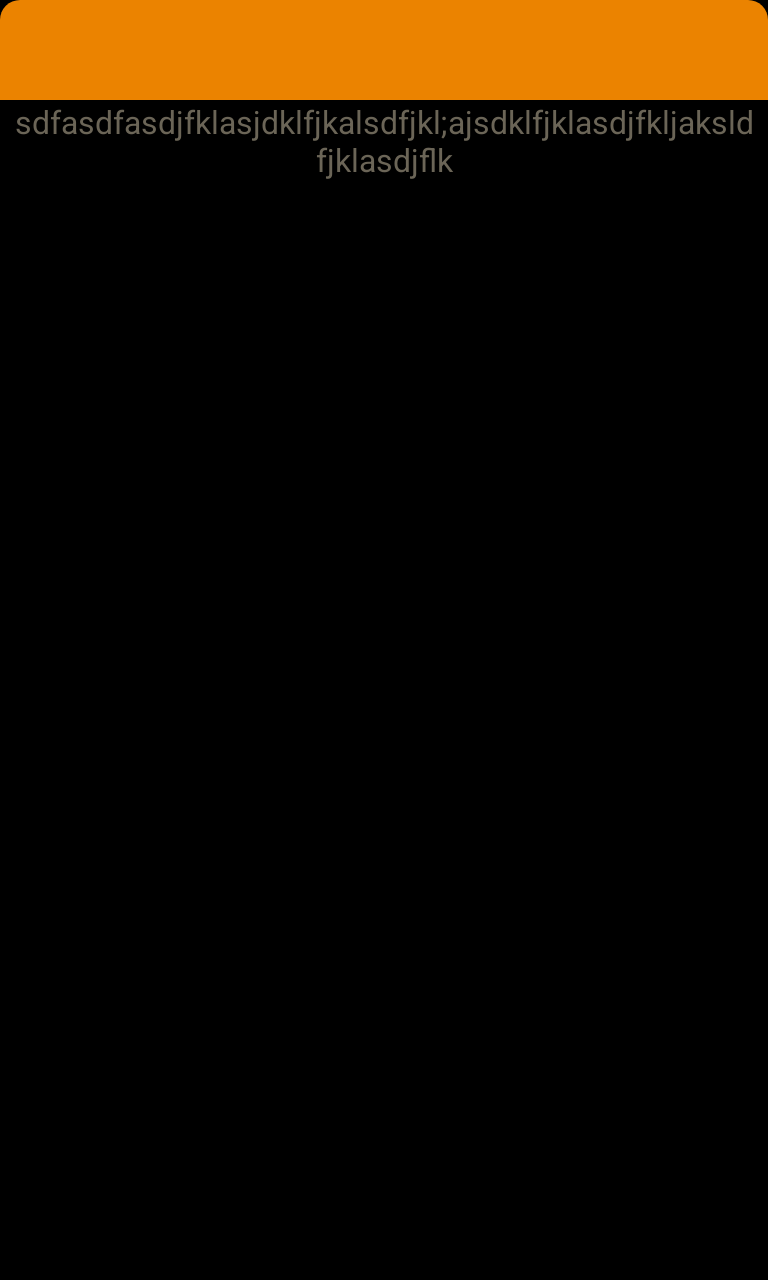
Repository: appleseedez/rongmeme-android
Layout: rmm/res/layout/new_msg_dialog.xml
The author's editor kept a copy of each file at every save. The layout is drawn from the files as they stood at one save, then again after the next save.
It is drawn on a 768 x 1280 px phone screen (xhdpi) without system bars, with theme AppTheme; the app's code is not run.

Above is the layout before, as saved 2014-06-25 13:09:38.

### rmm/res/layout/new_msg_dialog.xml
<?xml version="1.0" encoding="utf-8"?>
<LinearLayout xmlns:android="http://schemas.android.com/apk/res/android"
    android:layout_width="280dp"
    android:layout_height="wrap_content"
    android:layout_gravity="center"
    android:background="@null"
    android:orientation="vertical" >

    <!-- 主体界面头部 -->

    <RelativeLayout
        android:id="@+id/nmd_top_navigation_bar"
        android:layout_width="fill_parent"
        android:layout_height="50dp"
        android:background="@drawable/shape_top_corner_no_bottom_line"
        android:gravity="center_vertical" >

        <TextView
            android:id="@+id/nmd_tv_title"
            android:layout_width="wrap_content"
            android:layout_height="wrap_content"
            android:layout_centerInParent="true"
            android:layout_marginLeft="5dp"
            android:layout_marginRight="5dp"
            android:gravity="center"
            android:singleLine="false"
            android:textColor="@color/white"
            android:textSize="18sp" />
    </RelativeLayout>

    <!-- 内容区 -->

    <TextView
        android:id="@+id/nmd_msg_content_textview"
        android:layout_width="wrap_content"
        android:layout_height="wrap_content"
        android:layout_marginLeft="5dp"
        android:layout_marginRight="5dp"
        android:gravity="center"
        android:singleLine="false"
        android:text="sdfasdfasdjfklasjdklfjkalsdfjkl;ajsdklfjklasdjfkljaksldfjklasdjflk"
        android:textColor="@color/R144G140B131"
        android:textSize="16sp" />

</LinearLayout>

### rmm/res/values/styles.xml
<resources xmlns:android="http://schemas.android.com/apk/res/android">

    <!-- Application theme. -->
    <style name="AppTheme" parent="@android:style/Theme.Black.NoTitleBar">
        <!-- All customizations that are NOT specific to a particular API-level can go here. -->
    </style>

    <style name="CustomCheckboxTheme" parent="@android:style/Widget.CompoundButton.CheckBox">
        <item name="android:button">@drawable/checkbox_style</item>
    </style>

    <style name="title">
        <item name="android:layout_height">wrap_content</item>
        <item name="android:layout_width">wrap_content</item>
        <item name="android:background">@null</item>
        <item name="android:gravity">center</item>
        <item name="android:textColor">@android:color/white</item>
        <item name="android:textSize">18sp</item>
    </style>

    <style name="button" parent="@style/title">
        <item name="android:background">@drawable/btn_button</item>
    </style>

    <style name="title.small" parent="@style/title">
        <item name="android:textSize">16sp</item>
    </style>

    <style name="itembg">
        <item name="android:background">#44aaaaaa</item>
        <item name="android:minHeight">60dip</item>
        <item name="android:paddingBottom">14dip</item>
        <item name="android:paddingLeft">20dip</item>
        <item name="android:paddingRight">20dip</item>
        <item name="android:paddingTop">14dip</item>
    </style>

    <style name="edit">
        <item name="android:layout_height">wrap_content</item>
        <item name="android:layout_width">wrap_content</item>
        <item name="android:textColorHint">@android:color/white</item>
        <item name="android:background">@drawable/edit</item>
        <item name="android:textColor">#797979</item>
        <item name="android:paddingLeft">10dip</item>
    </style>

    <style name="ratingbar" parent="@android:style/Widget.RatingBar">
        <item name="android:progressDrawable">@drawable/ratingbar</item>
        <item name="android:indeterminateDrawable">@drawable/ratingbar</item>
        <item name="android:minHeight">22dip</item>
        <item name="android:maxHeight">22dip</item>
    </style>

    <style name="share">
        <item name="android:layout_height">wrap_content</item>
        <item name="android:layout_width">wrap_content</item>
        <item name="android:minHeight">120dip</item>
        <item name="android:scaleType">centerInside</item>
        <item name="android:background">#44aaaaaa</item>
    </style>

    <style name="dialog" parent="@android:style/Theme.Dialog">
        <item name="android:windowIsTranslucent">false</item>
        <item name="android:windowNoTitle">true</item>
        <item name="android:windowFrame">@null</item>
        <item name="android:windowBackground">@android:color/transparent</item>
        <item name="android:windowIsFloating">true</item>
        <item name="android:windowContentOverlay">@null</item>
        <item name="android:windowTitleStyle">@null</item>
        <item name="android:windowAnimationStyle">@android:style/Animation.Dialog</item>
        <item name="android:windowSoftInputMode">stateUnspecified|adjustPan</item>
        <item name="android:backgroundDimEnabled">false</item>
        <item name="android:background">@android:color/transparent</item>
    </style>

    <style name="order_server_empty">
        <item name="android:layout_height">wrap_content</item>
        <item name="android:layout_width">0dp</item>
        <item name="android:drawableTop">@drawable/icon_order_server_empty</item>
        <item name="android:gravity">center_horizontal</item>
        <item name="android:drawablePadding">10dp</item>
        <item name="android:text">@string/order_server_text_default</item>
        <item name="android:textColor">@android:color/white</item>
        <item name="android:textSize">16sp</item>
    </style>

</resources>

### rmm/res/drawable-mdpi/shape_top_corner_no_bottom_line.xml
<?xml version="1.0" encoding="utf-8"?>
<shape xmlns:android="http://schemas.android.com/apk/res/android" >

    <solid android:color="#EB8300" />

    <corners
        android:bottomLeftRadius="0dp"
        android:bottomRightRadius="0dp"
        android:topLeftRadius="10dp"
        android:topRightRadius="10dp" />

</shape>

### rmm/res/values/colors.xml
<?xml version="1.0" encoding="utf-8"?>
<resources>

    <color name="title">#ba4c62</color>
    <color name="black">#000000</color>
    <color name="white">#FFFFFF</color>
    <color name="blue">#6BADF6</color>
    <!-- 自定义的颜色，通用颜色 -->
    <!-- R:180 G:174 B:165 距离可以删除-->

    <!-- R197G191B186 -->
    <color name="R197G191B186">#C5BFBA</color>
    <color name="R199G183B161">#C7B7A1</color>
    <color name="R144G140B131">#6B6557</color>
    <color name="R96G99B102">#606366</color>
    <color name="R219G185B111">#DBB96F</color>
    <color name="R61G85B1">#3D5501</color>

	<color name="backgroud_black">#66222222</color>
	<color name="backgroud_white">#66FFFFFF</color>

	<color name="R61G85B1">#618510</color>
</resources>

After the next save:
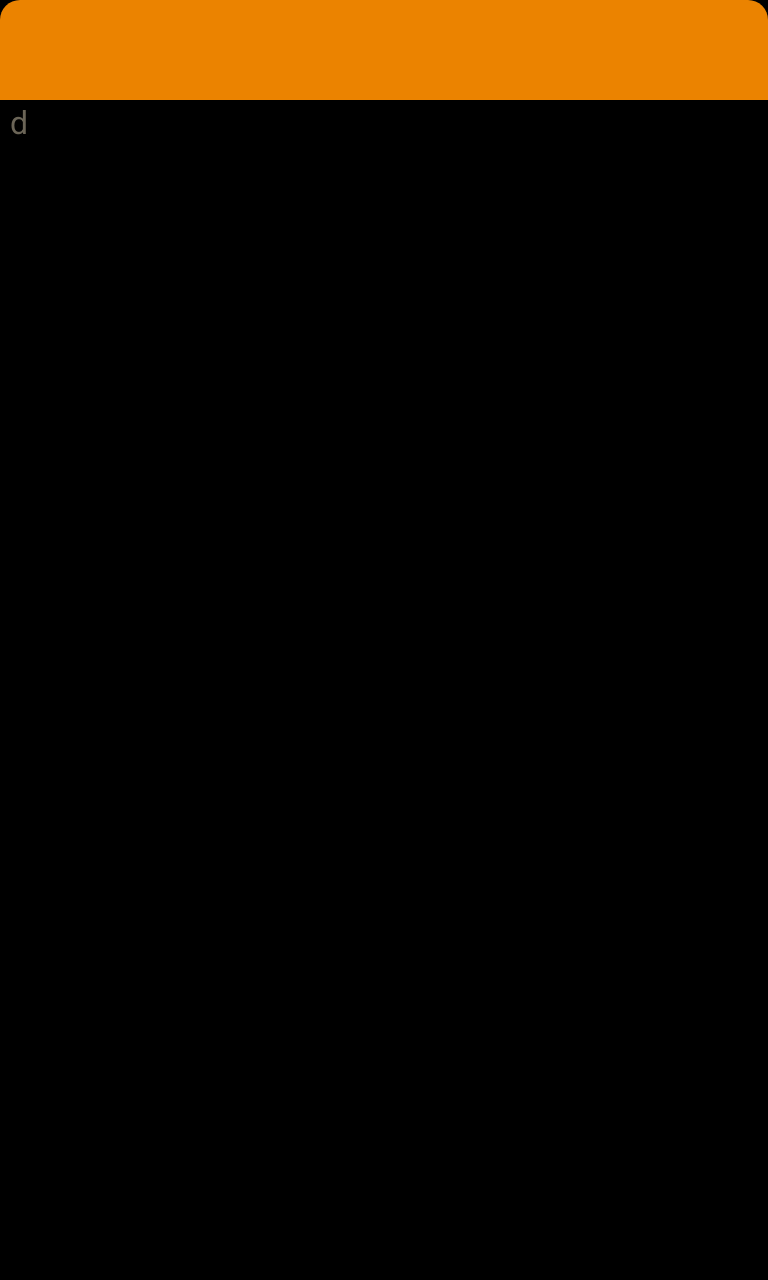
Saved 13 s later.
--- a/rmm/res/layout/new_msg_dialog.xml
+++ b/rmm/res/layout/new_msg_dialog.xml
@@ -38,7 +38,7 @@
         android:layout_marginRight="5dp"
         android:gravity="center"
         android:singleLine="false"
-        android:text="sdfasdfasdjfklasjdklfjkalsdfjkl;ajsdklfjklasdjfkljaksldfjklasdjflk"
+        android:text="d"
         android:textColor="@color/R144G140B131"
         android:textSize="16sp" />
 
